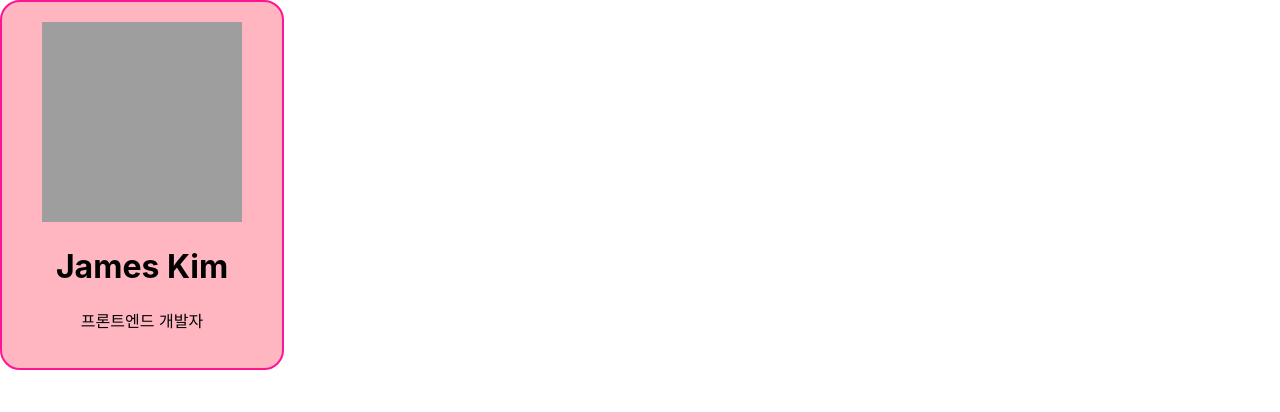
Repository: dnjfht/css-example
Page: /
An editor plug-in stored every save of this project. The page is shown before and after the next save, followed by the edit.
The browser window is 1280 px wide. The pictures show the whole page.
Pictures or frames that could not be fetched are drawn as grey boxes. The project was rebuilt for these pictures with package versions that can differ from the ones it lists, and the page was loaded fresh each time. Also part of the build but not shown: src/App.css.

Above is the page before, as saved 2023-05-09 09:06:09.

After the next save:
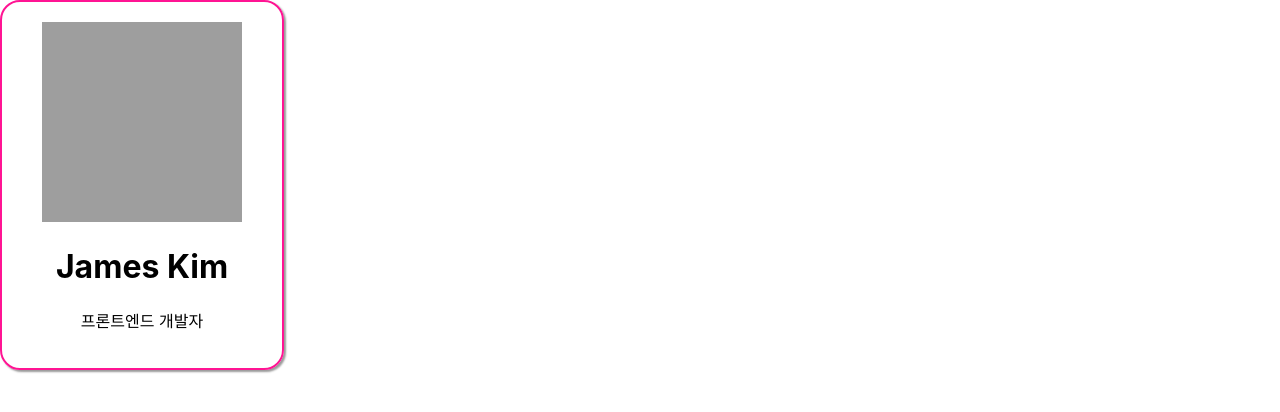
Saved 32 s later.
--- a/src/components/Profile.jsx
+++ b/src/components/Profile.jsx
@@ -9,7 +9,7 @@ export default function Profile() {
         textAlign: "center",
         border: "2px solid deeppink",
         borderRadius: 20,
-        background: "lightpink",
+        boxShadow: "2px 2px 2px rgba(0,0,0,0.4)",
       }}
     >
       <img
